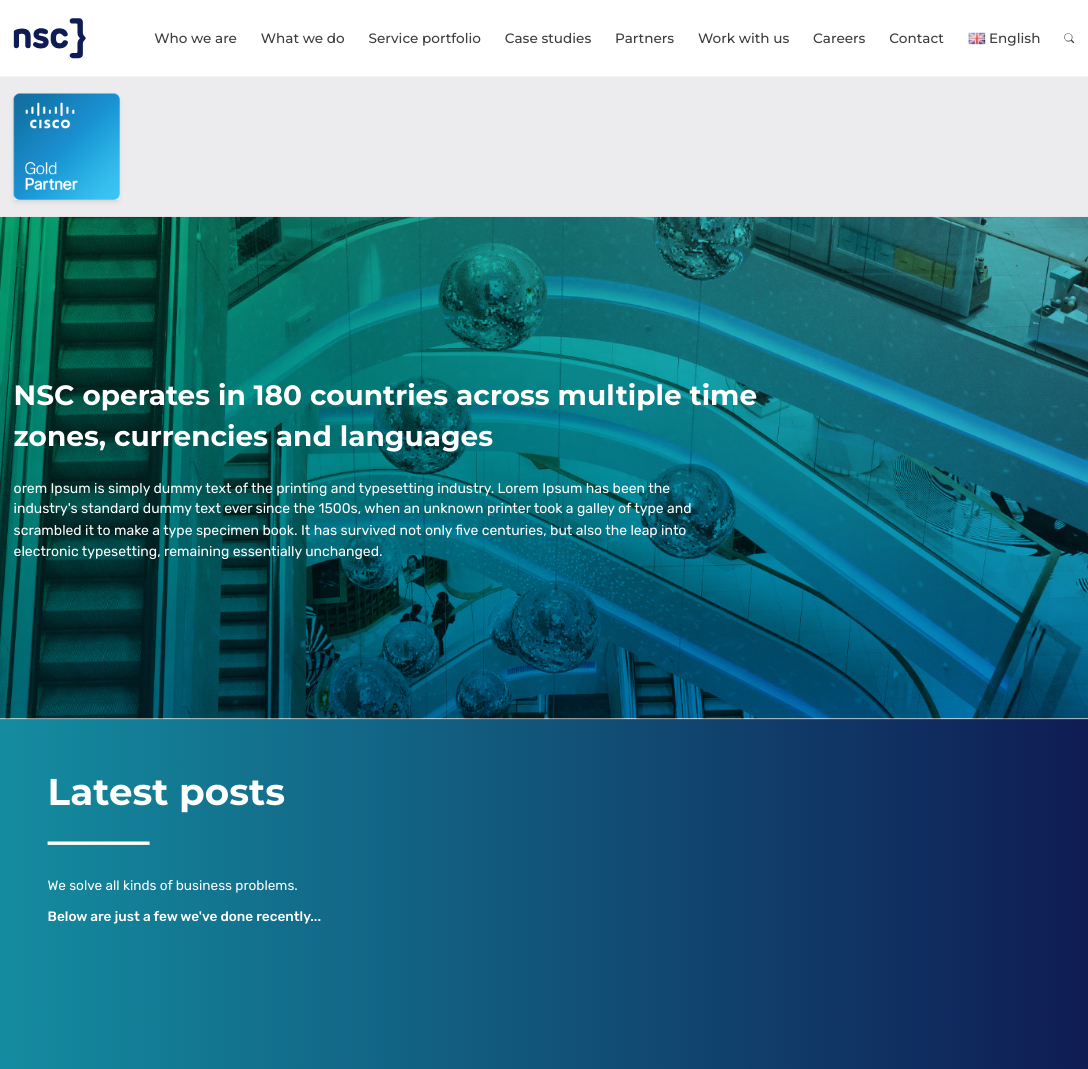
Repository: spaceship9999/ReactIsBack
Page: /
These files come from the project's save history. The page is drawn as it stood at one moment and after the next save; the edit follows.
The browser window is 1280 px wide. The pictures show the whole page, at 85% of full size.
The page's requests for data from a server got no answer. The project was rebuilt for these pictures with package versions that can differ from the ones it lists, and the page was loaded fresh each time. The framework's server and built-in components were replaced by stand-ins that run in the browser. No one was signed in, and anything a server would have sent is missing. Also part of the build but not shown: next.config.js.

Above is the page before, as saved 2023-03-26 10:47:31.

### src/app/layout.tsx
import './globals.scss'

export const metadata = {
  title: 'Create Next App',
  description: 'Generated by create next app',
}

export default function RootLayout({
  children,
}: {
  children: React.ReactNode
}) {
  return (
    <html lang="en">
      <body>{children}</body>
    </html>
  )
}

### src/app/page.tsx
'use client'

import Link from "next/link";
import Header from "./Header";
import Award from "./Award";
import Banner from "./Banner";
import Posts from "./Posts";

export default function Home() {
  return (
    <main>
      <Header></Header>
      <Award/>
      <Banner
        heading="NSC operates in 180 countries across multiple time zones, currencies and languages"
        image="/img/Cisco_Banner.png" content="orem Ipsum is simply dummy text of the printing and typesetting industry. Lorem Ipsum has been the industry's standard dummy text ever since the 1500s, when an unknown printer took a galley of type and scrambled it to make a type specimen book. It has survived not only five centuries, but also the leap into electronic typesetting, remaining essentially unchanged." position={""}/>
      <Posts></Posts>
    </main>
  )
}

### src/app/globals.scss
@tailwind base;
@tailwind components;
@tailwind utilities;

@import "./scss/fonts";
@import "./scss/global";
@import "./scss/typography";

### src/app/Header.tsx
import Link from "next/link";

export default function Header() {
    return (
        <div className="container py-5">
            <div className="flex justify-between items-center">
                <Link href="/" >
                    <Logo className="w-[85px] h-[50px]" />
                </Link>
                <nav className="flex gap-7 font-montserrat font-medium text-grey">
                    <Link href="/who-we-are" >
                        Who we are
                    </Link>
                    <Link href="/what-we-do" >
                        What we do
                    </Link>
                    <Link href="/what-we-do" >
                        Service portfolio
                    </Link>
                    <Link href="/what-we-do" >
                        Case studies
                    </Link>
                    <Link href="/what-we-do" >
                        Partners
                    </Link>
                    <Link href="/what-we-do" >
                        Work with us
                    </Link>
                    <Link href="/what-we-do" >
                        Careers
                    </Link>
                    <Link href="/what-we-do" >
                        Contact
                    </Link>
                    <button className="flex items-center gap-x-1">
                        <img src="/img/gb-flag.png" className="w-full"/>
                        English
                    </button>
                    <button>
                        <Search/>
                    </button>
                </nav>
            </div>
        </div>
    )
}


const Logo = (props : { className: string}) => {
    const { className } = props;
    return (
        <svg className={className} xmlns="http://www.w3.org/2000/svg" viewBox="0 0 283.4 156" preserveAspectRatio="xMinYMid meet">
            <path id="nsc_global_logo" d="M67,107.8a10.074,10.074,0,0,1-10,9.9c-5.9.2-11.2-4.5-11.2-9.9V71.6c0-7.4-4.1-11.5-12.4-11.5-6.3,0-12.2.6-12.2,4.2v43.5c0,5.4-4.4,9.9-10.9,9.9-4.9,0-10.3-4.4-10.3-9.9V54.2c0-3.6,1-5.3,3.5-7C8,44,18.6,39.3,34,39.3c21.6,0,33,11.2,33,31.2Zm48.8-37.6L106,68c-6.4-1.4-7.3-3.2-7.3-5,0-3,3.1-4.7,8.6-4.7a31.5,31.5,0,0,1,10.9,2.5,19.538,19.538,0,0,0,7.6,2,8.7,8.7,0,0,0,6.7-3.1,10.468,10.468,0,0,0,2.5-7.6,9.067,9.067,0,0,0-3.5-6.6c-4.9-4-13.9-6.5-23.5-6.5-18,0-29.7,9.6-29.7,24.4,0,11.1,7.4,18.9,21.3,22.5,3.8,1,4.8,1.2,6.8,1.6.9.2,1.9.4,3.5.8,6.2,1.5,7.1,3.5,7.1,5.3,0,4.6-6.5,5.1-9.3,5.1a31.582,31.582,0,0,1-15.9-4.4,12.9,12.9,0,0,0-6.2-2A9.431,9.431,0,0,0,78,96.2c-3,3.9-2.1,10,1.9,13.3,4.6,3.8,13,8.3,27.4,8.3,18.2,0,30.4-10.2,30.4-25.4-.1-11.4-7.2-18.7-21.9-22.2Zm95.9,19.2c-2.2-2.9-6.3-4.2-10-4-4.7.2-7.3,1.7-9,4.9-2.7,4.7-6.5,7.3-12.2,7.3-7.8,0-12.9-4.9-13.7-12.9a95.4,95.4,0,0,1,0-13.1c.8-7.7,5.8-12.1,13.7-12.1a13.278,13.278,0,0,1,11.2,6.1c2.7,3.9,5.7,5.1,8.8,5.2,3.7.2,8-.7,10.6-3.9,1.4-1.7,1.7-4.3,1-7C209.8,51,199,39.2,179.9,39.2c-19,0-33.1,12.1-34.2,29.5a152.151,152.151,0,0,0,0,19.1c1.5,17.5,15.9,30.3,34.2,30.3,19.1,0,29.9-10.6,33-21.3.8-3.3.1-5.7-1.2-7.4Zm60,12.3c0-14.8,11.7-17.8,11.7-23.7s-11.7-8.9-11.7-23.7V15.9A15.939,15.939,0,0,0,255.8,0H231c-6.1,0-11,4-11,10,0,6.3,5.1,10.3,11.1,10.3h14.6a4.739,4.739,0,0,1,4.8,4.8V54.3c0,18.9,9.7,20.5,9.7,23.7s-9.7,4.9-9.7,23.7v29.2a4.739,4.739,0,0,1-4.8,4.8H231.1c-6,0-11.1,3.9-11.1,10.3,0,6,4.9,10,11.1,10h24.8a15.938,15.938,0,0,0,15.9-15.9V101.7Z" fill="#0f1c54"></path>
        </svg>
    )
}

const Search = () => {
    return (
        <svg xmlns="http://www.w3.org/2000/svg" className="w-3 h-3" fill="currentColor" viewBox="0 0 16 16">
            <path d="M11.742 10.344a6.5 6.5 0 1 0-1.397 1.398h-.001c.03.04.062.078.098.115l3.85 3.85a1 1 0 0 0 1.415-1.414l-3.85-3.85a1.007 1.007 0 0 0-.115-.1zM12 6.5a5.5 5.5 0 1 1-11 0 5.5 5.5 0 0 1 11 0z" />
        </svg>
    )
}

### src/app/Award.tsx
export default function Award() {
    return (
        <div className="bg-light-grey py-5">
            <div className="container">
                <img className="w-[125px] shadow-md" src="/img/cisco-partner-o.png"/>
            </div>
        </div>
    )
}

### src/app/Banner.tsx

interface BannerProps {
    heading: string;
    content: string;
    image: string;
    position: string;
}



export default function Banner({heading, content, image, position = "center"}: BannerProps) {
    return (
        <div className="py-20 md:py-24 lg:py-[185px] relative overflow-hidden">
            <img src={image}
             className={`absolute inset-0 w-full h-full object-cover ${position === 'center' ? 'object-center': 'object-start'}`}/>
             <div className="container">
                <div className="flex flex-col items-center relative z-10 text-white md:max-w-[910px] text-center md:text-left">
                    <h2 className="text-white font-montserrat t-36 font-bold mb-6">{heading}</h2>
                    <div className="font-rubik t-24 lg:pr-20">
                        { content }
                    </div>
                </div>
             </div>
        </div>
    )
}

### src/app/Posts.tsx
import usePosts from "./hooks/usePosts";

export default function Posts() {
    const posts = usePosts();
    return (
        <div className="bg-gradient-to-r from-[#148ca0] to-[#0f1c54] py-16">
            <div className="container">
                <div className="lg:px-10">
                    <h2 className="text-white t-48 font-montserrat font-bold pb-4 lg:pb-10 relative leading-none
                                after:absolute after:left-0 after:bottom-0 after:h-[4px] after:w-[120px] after:bg-white">
                        Latest posts
                    </h2>
                    <div className="mt-9 mb-12 font-rubik text-white">
                        <div className="mb-3">
                            We solve all kinds of business problems.
                        </div>
                        <div className="font-medium">
                            Below are just a few we&apos;ve done recently...
                        </div>
                    </div>
                    <div className="grid grid-cols-1 md:grid-cols-2 lg:grid-cols-3 gap-x-9 gap-y-8 xl:gap-x-[72px] xl:gap-y-[60px] ">
                        {
                            posts?.map((post) =>
                            (
                                <div key={post?.id} className="flex flex-col justify-between p-8 bg-white font-rubik">
                                    <div>
                                        <h3 className="t-18 text-dark-blue font-medium pb-4 relative leading-[1.33]
                                        after:absolute after:bottom-0 after:left-0 after:w-[80px] after:h-[2px] after:bg-light-green">{post?.title}</h3>
                                        <div className="pt-4 t-14 leading-[1.2] text-dark-blue mb-6">
                                            {post?.body}
                                        </div>
                                    </div>
                                    <div>
                                        <a className="inline-block bg-light-green text-white t-14 rounded-full px-5 py-[10px] font-semibold tracking-tight" href={`/post/${post?.id}`}>
                                            Read more <span className="font-normal ml-1">&gt;</span>
                                        </a>
                                    </div>
                                </div>
                            )
                            )
                        }
                    </div>
                    <div className="pt-14">

                    </div>
                </div>

            </div>
        </div>
    )
}

### src/app/scss/_fonts.scss
@font-face {
    font-family: 'Rubik';
    font-display: swap;
    font-style: italic;
    src: url(/fonts/Rubik-Italic-VariableFont_wght.ttf) format('truetype'),
}

@font-face {
    font-family: 'Rubik';
    font-display: swap;
    font-style: normal;
    src: url(/fonts/Rubik-VariableFont_wght.ttf) format('truetype'),
}

@font-face {
    font-family: 'Montserrat';
    font-display: swap;
    font-style: normal;
    src: url(/fonts/Montserrat-VariableFont_wght.ttf) format('truetype'),
}

@font-face {
    font-family: 'Montserrat';
    font-display: swap;
    font-style: italic;
    src: url(/fonts/Montserrat-Italic-VariableFont_wght.ttf) format('truetype'),
}

### src/app/scss/_global.scss
.container {
    width: 100%;
    max-width: 1408px;
    padding-left: 1rem;
    padding-right: 1rem;
}

### src/app/scss/_typography.scss
.t-48 {
    font-size: clamp(24px, 3.429vw, 48px);
}
.t-36 {
    font-size: clamp(24px, 2.571vw, 36px);
}

.t-24 {
    font-size: clamp(16px, 1.286vw, 24px);
}

.t-18 {
    font-size: clamp(16px, 1.286vw, 18px);
}

.t-14 {
    font-size: clamp(14px, 1.286vw, 14px);
}

### src/app/hooks/usePosts.tsx
import { useEffect, useState } from "react";

interface Post {
    userId: number,
    id: number,
    title: string,
    body: string,
}


export default function usePosts(currentPage = 0, numPosts = 6) {
    const [ posts, setPosts ] = useState<Post[]>([]);
    useEffect(() => {
        async function fetchData() {
            const rsult = await fetch("https://jsonplaceholder.typicode.com/posts/")
            const posts = await rsult.json()
            setPosts(posts)
        }
        fetchData();
    }, [])

    //console.log(posts.slice(currentPage * numPosts, numPosts))
    return posts.slice(currentPage * numPosts, numPosts);
}

### tailwind.config.js
/** @type {import('tailwindcss').Config} */
/** @type {import('tailwindcss').Config} */
module.exports = {
  content: [
    "./app/**/*.{js,ts,jsx,tsx}",
    "./pages/**/*.{js,ts,jsx,tsx}",
    "./components/**/*.{js,ts,jsx,tsx}",

    // Or if using `src` directory:
    "./src/**/*.{js,ts,jsx,tsx}",
  ],
  theme: {
    extend: {
      fontFamily: {
        "montserrat": ["Montserrat", 'sans-serif'],
        "rubik": ["Rubik", 'sans-serif'],
      },
      container: {
        center: true,
      },
      colors: {
        "grey": "#3d3d3d",
        "light-grey": "#ECECEE",
        "dark-blue": "#0f1c54",
        "light-green": "#148ba0",
      }
    },
  },
  plugins: [],
}

After the next save:
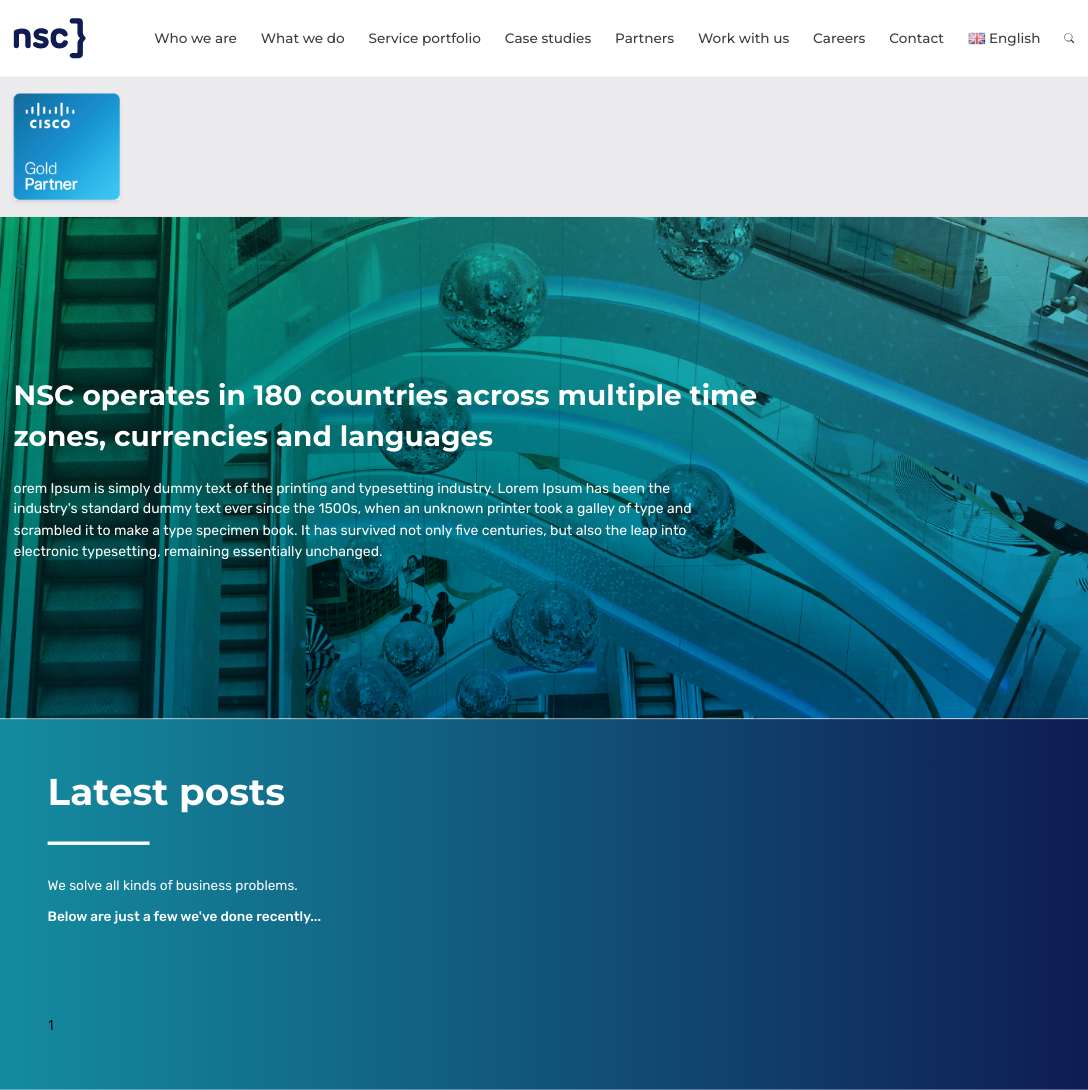
Saved 60 s later.
--- a/src/app/Posts.tsx
+++ b/src/app/Posts.tsx
@@ -41,7 +41,7 @@
                         }
                     </div>
                     <div className="pt-14">
-
+                        <button className="rounded-full flex justify-center items-center">1</button>
                     </div>
                 </div>
 
